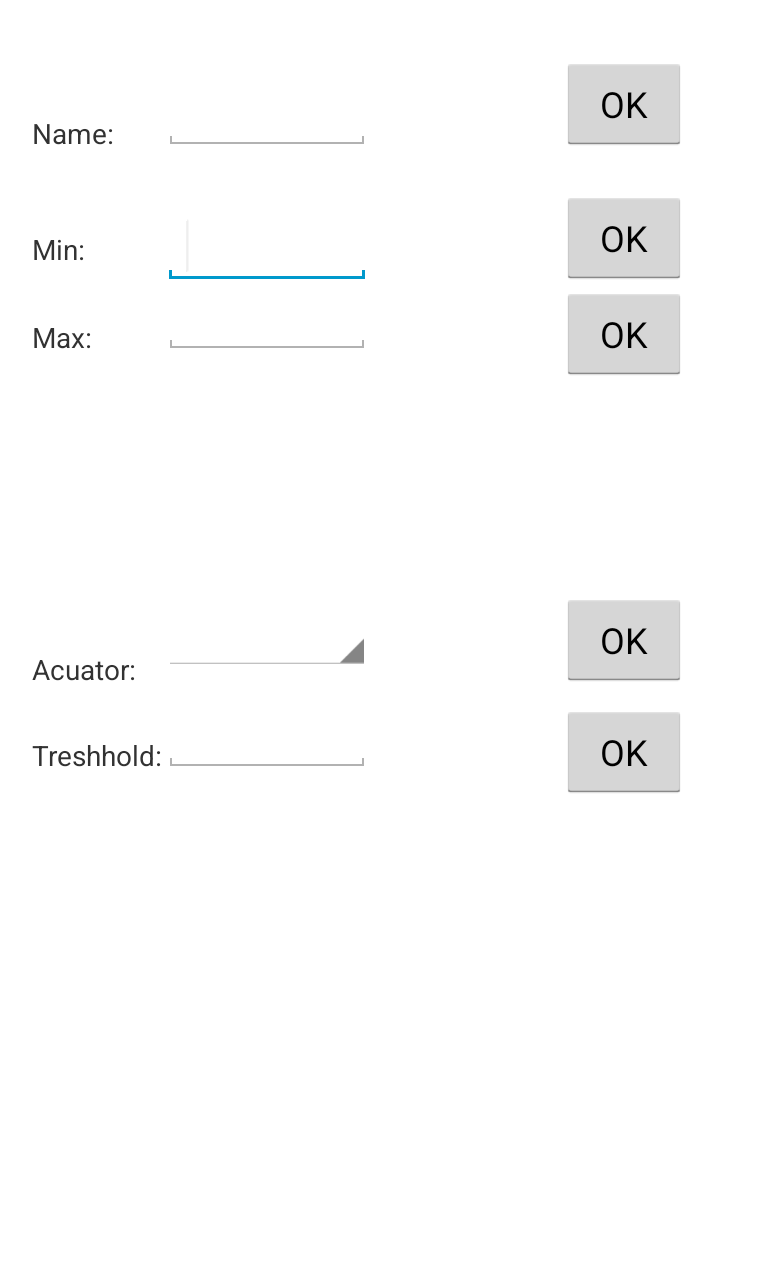
Repository: CTIS-SP-Team5/greenAgent
Layout: Android/GreenAgent/GreenAgent/res/layout/activity_view_setting.xml
The author's editor kept a copy of each file at every save. The layout is drawn from the files as they stood at one save, then again after the next save.
It is drawn on a 768 x 1280 px phone screen (xhdpi) without system bars, with theme AppTheme; the app's code is not run.

Above is the layout before, as saved 2014-05-05 18:10:18.

### Android/GreenAgent/GreenAgent/res/layout/activity_view_setting.xml
<RelativeLayout xmlns:android="http://schemas.android.com/apk/res/android"
    xmlns:tools="http://schemas.android.com/tools"
    android:layout_width="match_parent"
    android:layout_height="match_parent"
    android:paddingBottom="@dimen/activity_vertical_margin"
    android:paddingLeft="@dimen/activity_horizontal_margin"
    android:paddingRight="@dimen/activity_horizontal_margin"
    android:paddingTop="@dimen/activity_vertical_margin"
    tools:context=".ViewSettingActivity" >

    <TextView
        android:id="@+id/textView1"
        android:layout_width="wrap_content"
        android:layout_height="wrap_content"
        android:layout_alignLeft="@+id/textView2"
        android:layout_below="@+id/textView2"
        android:layout_marginTop="39dp"
        android:text="Min:" />

    <TextView
        android:id="@+id/textView2"
        android:layout_width="wrap_content"
        android:layout_height="wrap_content"
        android:layout_alignParentTop="true"
        android:layout_marginTop="41dp"
        android:text="Name:" />

    <EditText
        android:id="@+id/editText1"
        android:layout_width="wrap_content"
        android:layout_height="wrap_content"
        android:layout_alignBottom="@+id/textView2"
        android:layout_toRightOf="@+id/textView5"
        android:ems="5" />

    <EditText
        android:id="@+id/editText2"
        android:layout_width="wrap_content"
        android:layout_height="wrap_content"
        android:layout_alignBaseline="@+id/textView1"
        android:layout_alignBottom="@+id/textView1"
        android:layout_alignLeft="@+id/editText1"
        android:ems="5" >

        <requestFocus />
    </EditText>

    <Spinner
        android:id="@+id/spinner1"
        android:layout_width="wrap_content"
        android:layout_height="wrap_content"
        android:layout_alignLeft="@+id/editText5"
        android:layout_alignRight="@+id/editText5"
        android:layout_centerVertical="true" />

    <Button
        android:id="@+id/button2"
        android:layout_width="wrap_content"
        android:layout_height="wrap_content"
        android:layout_alignBottom="@+id/editText2"
        android:layout_alignLeft="@+id/button1"
        android:text="OK" />

    <Button
        android:id="@+id/button1"
        android:layout_width="wrap_content"
        android:layout_height="wrap_content"
        android:layout_alignBottom="@+id/editText1"
        android:layout_alignParentRight="true"
        android:layout_marginRight="24dp"
        android:text="OK" />

    <Button
        android:id="@+id/button5"
        android:layout_width="wrap_content"
        android:layout_height="wrap_content"
        android:layout_alignBaseline="@+id/textView5"
        android:layout_alignBottom="@+id/textView5"
        android:layout_alignLeft="@+id/button4"
        android:text="OK" />

    <TextView
        android:id="@+id/textView5"
        android:layout_width="wrap_content"
        android:layout_height="wrap_content"
        android:layout_alignLeft="@+id/textView4"
        android:layout_below="@+id/spinner1"
        android:layout_marginTop="32dp"
        android:text="Treshhold:" />

    <Button
        android:id="@+id/button4"
        android:layout_width="wrap_content"
        android:layout_height="wrap_content"
        android:layout_alignLeft="@+id/button3"
        android:layout_centerVertical="true"
        android:text="OK" />

    <EditText
        android:id="@+id/editText5"
        android:layout_width="wrap_content"
        android:layout_height="wrap_content"
        android:layout_alignBottom="@+id/textView5"
        android:layout_alignLeft="@+id/editText3"
        android:ems="5" />

    <TextView
        android:id="@+id/textView4"
        android:layout_width="wrap_content"
        android:layout_height="wrap_content"
        android:layout_alignBottom="@+id/button4"
        android:layout_alignLeft="@+id/textView3"
        android:text="Acuator:" />

    <TextView
        android:id="@+id/textView3"
        android:layout_width="wrap_content"
        android:layout_height="wrap_content"
        android:layout_alignBaseline="@+id/button3"
        android:layout_alignBottom="@+id/button3"
        android:layout_alignLeft="@+id/textView1"
        android:text="Max:" />

    <EditText
        android:id="@+id/editText3"
        android:layout_width="wrap_content"
        android:layout_height="wrap_content"
        android:layout_alignBottom="@+id/textView3"
        android:layout_alignLeft="@+id/editText2"
        android:ems="5" />

    <Button
        android:id="@+id/button3"
        android:layout_width="wrap_content"
        android:layout_height="wrap_content"
        android:layout_alignLeft="@+id/button2"
        android:layout_below="@+id/editText2"
        android:text="OK" />

</RelativeLayout>

Loaded but not shown: Android/GreenAgent/GreenAgent/res/values/styles.xml (common file); Android/GreenAgent/GreenAgent/res/values-v11/styles.xml (common file); Android/GreenAgent/GreenAgent/res/values-v14/styles.xml (common file); Android/GreenAgent/GreenAgent/res/values/dimens.xml (common file)

After the next save:
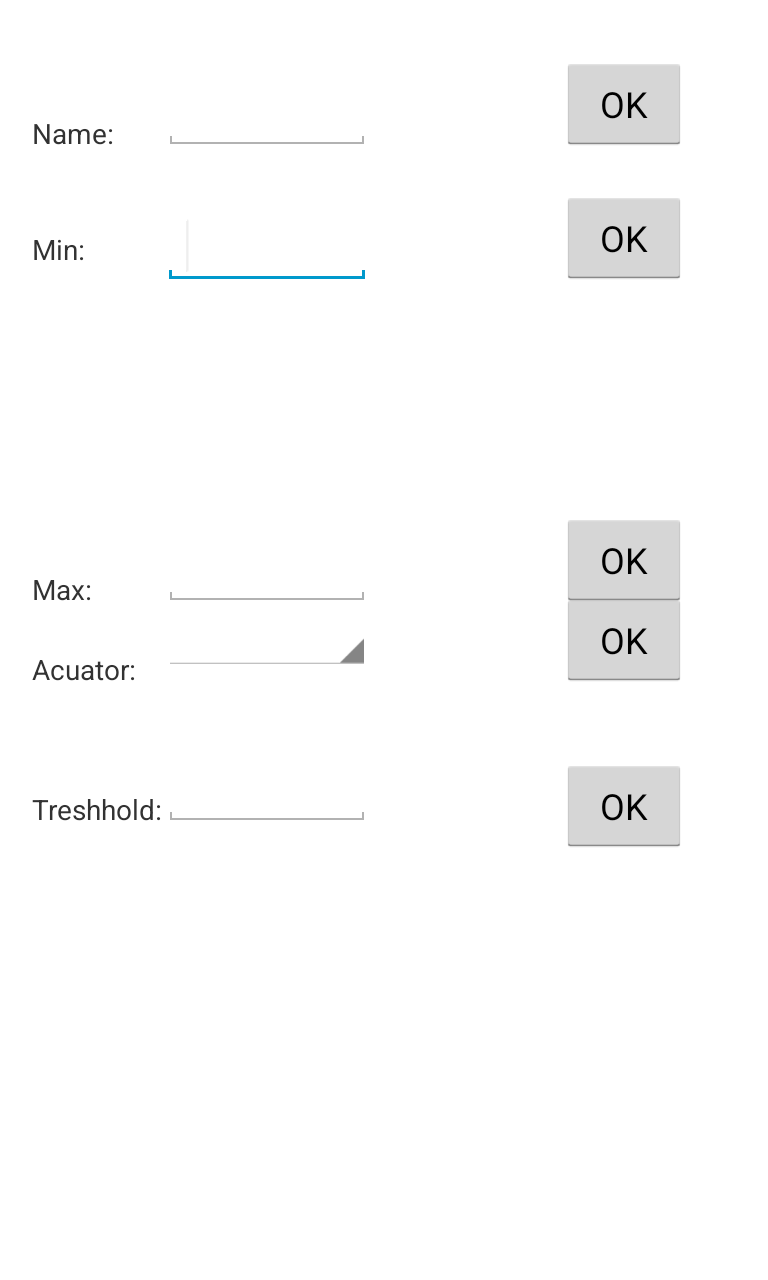
Saved 54 s later.
--- a/Android/GreenAgent/GreenAgent/res/layout/activity_view_setting.xml
+++ b/Android/GreenAgent/GreenAgent/res/layout/activity_view_setting.xml
@@ -79,15 +79,6 @@
         android:layout_alignLeft="@+id/button4"
         android:text="OK" />
 
-    <TextView
-        android:id="@+id/textView5"
-        android:layout_width="wrap_content"
-        android:layout_height="wrap_content"
-        android:layout_alignLeft="@+id/textView4"
-        android:layout_below="@+id/spinner1"
-        android:layout_marginTop="32dp"
-        android:text="Treshhold:" />
-
     <Button
         android:id="@+id/button4"
         android:layout_width="wrap_content"
@@ -116,25 +107,33 @@
         android:id="@+id/textView3"
         android:layout_width="wrap_content"
         android:layout_height="wrap_content"
-        android:layout_alignBaseline="@+id/button3"
         android:layout_alignBottom="@+id/button3"
         android:layout_alignLeft="@+id/textView1"
         android:text="Max:" />
+
+    <Button
+        android:id="@+id/button3"
+        android:layout_width="wrap_content"
+        android:layout_height="wrap_content"
+        android:layout_above="@+id/spinner1"
+        android:layout_alignLeft="@+id/button2"
+        android:text="OK" />
 
     <EditText
         android:id="@+id/editText3"
         android:layout_width="wrap_content"
         android:layout_height="wrap_content"
-        android:layout_alignBottom="@+id/textView3"
+        android:layout_alignBottom="@+id/button3"
         android:layout_alignLeft="@+id/editText2"
         android:ems="5" />
 
-    <Button
-        android:id="@+id/button3"
+    <TextView
+        android:id="@+id/textView5"
         android:layout_width="wrap_content"
         android:layout_height="wrap_content"
-        android:layout_alignLeft="@+id/button2"
-        android:layout_below="@+id/editText2"
-        android:text="OK" />
+        android:layout_alignLeft="@+id/textView4"
+        android:layout_below="@+id/spinner1"
+        android:layout_marginTop="59dp"
+        android:text="Treshhold:" />
 
 </RelativeLayout>
